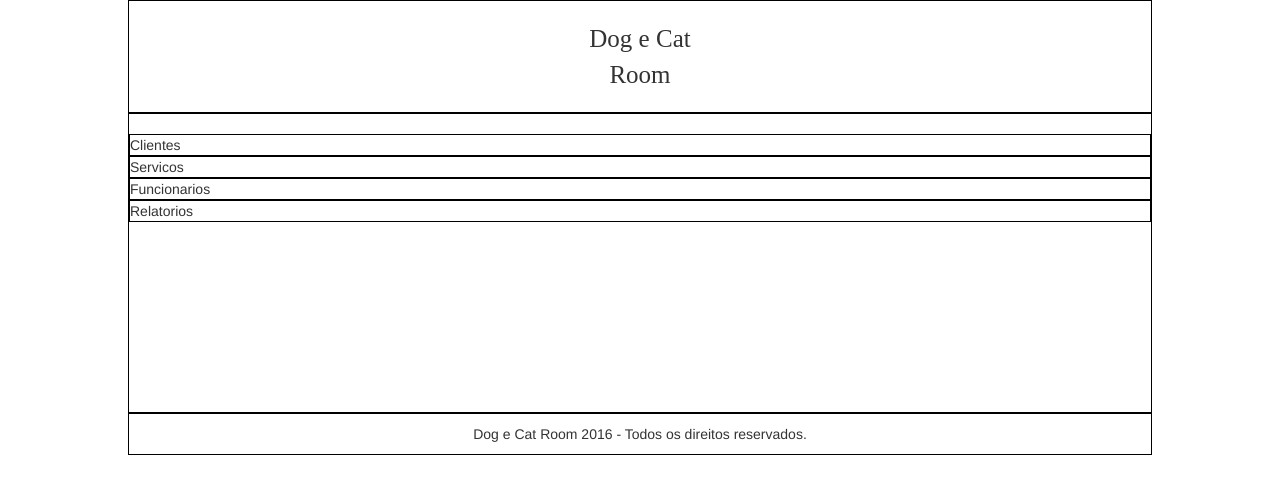
Repository: Natanzx/DogECatRoom
Page: http://localhost/DogECatRoom/principal.jsp
These files come from the project's save history. The page is drawn as it stood at one moment and after the next save; the edit follows.
The browser window is 1280 px wide. The pictures show the whole page.
The page is served by Tomcat 9. Other server files are loaded and not shown.

Above is the page before, as saved 2016-05-15 20:01:11.

### DogECatRoom/WebContent/principal.jsp
<%@ page language="java" contentType="text/html; charset=ISO-8859-1"
    pageEncoding="ISO-8859-1"%>
<!DOCTYPE html PUBLIC "-//W3C//DTD HTML 4.01 Transitional//EN" "http://www.w3.org/TR/html4/loose.dtd">
<html>
<head>
<meta http-equiv="Content-Type" content="text/html; charset=ISO-8859-1">
<title>DogECatRoom</title>
<jsp:include page="/template/head.jsp" />
</head>
<body>
<div class="divMargin">

	<jsp:include page="/template/cabecalho_padrao.jsp" />

		<div class="content">

			<div class="divMenu">Clientes</div>
			<div class="divMenu">Servicos</div>
			<div class="divMenu">Funcionarios</div>
			<div class="divMenu">Relatorios</div>

		</div>

		<jsp:include page="/template/rodape_padrao.jsp" />
	</div>
</body>
</html>

### DogECatRoom/WebContent/template/head.jsp

	<meta http-equiv="Content-Type" content="text/html; charset=ISO-8859-1">
	<link rel="stylesheet" type="text/css"
		href="/DogECatRoom/bibliotecas/css/estilos.css">
	<link rel="stylesheet" type="text/css"
		href="/DogECatRoom/bibliotecas/css/bootstrap.css">

### DogECatRoom/WebContent/template/cabecalho_padrao.jsp
		<div class="divHead">
			Dog e Cat <br> Room
		</div>

### DogECatRoom/WebContent/template/rodape_padrao.jsp
		<div class="divRodape">
			Dog e Cat Room 2016 - Todos os direitos reservados.
		</div>

### DogECatRoom/WebContent/bibliotecas/css/estilos.css
@CHARSET "ISO-8859-1";

.divMargin{
	width				: 80%;
	margin				: auto;

}
.divHead{
	text-align			: center;
	font-size			: 25px;
	font-family			: Century Gothic;
	border				: 1px solid black;
	padding				: 20px 0px;
}

.divRodape{
	text-align			: center;
	padding				: 10px 0px;
	border				: 1px solid black;
}

.content{
	min-height			: 300px;
	padding 			: 20px 0px;
	border				: 1px solid black;
}

.divMenu{
	border				: 1px solid black;
}

Loaded but not shown: DogECatRoom/WebContent/bibliotecas/css/bootstrap.css (library)

After the next save:
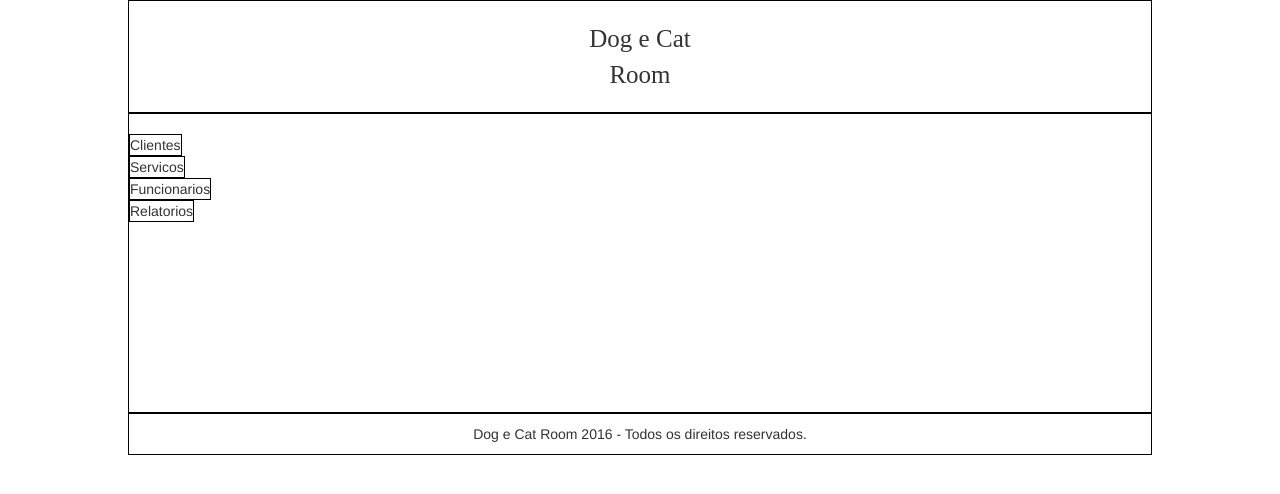
Saved 22 s later.
--- a/DogECatRoom/WebContent/bibliotecas/css/estilos.css
+++ b/DogECatRoom/WebContent/bibliotecas/css/estilos.css
@@ -27,4 +27,5 @@
 
 .divMenu{
 	border				: 1px solid black;
+	display				: table;
 }
